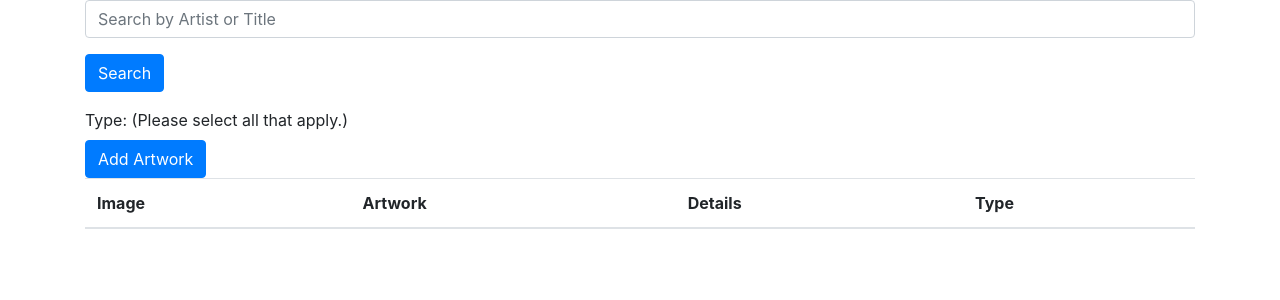
Repository: lynette-lyf/artwork-inventory
Page: http://localhost/
The author's editor kept a record of every edit. The page is drawn from the files as they stood at one moment, then again after the next edit.
The browser window is 1280 px wide. The pictures show the whole page.
The page is served by the project's application, run on Flask 3 (app.py). Queries for data that is not in the repository find no rows.

Above is the page before.

After the next edit:
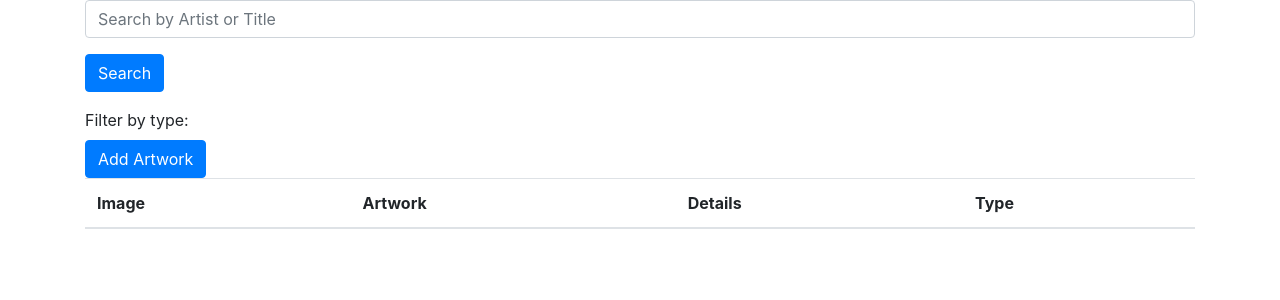
The edit:
--- a/templates/index.template.html
+++ b/templates/index.template.html
@@ -20,7 +20,7 @@
             <input type="submit" class="btn btn-primary" value="Search"/>
         </form>
 
-        <label>Type: (Please select all that apply.)</label>
+        <label>Filter by type:</label>
 
             <div class="form-check">
             {% for t in all_types %}
